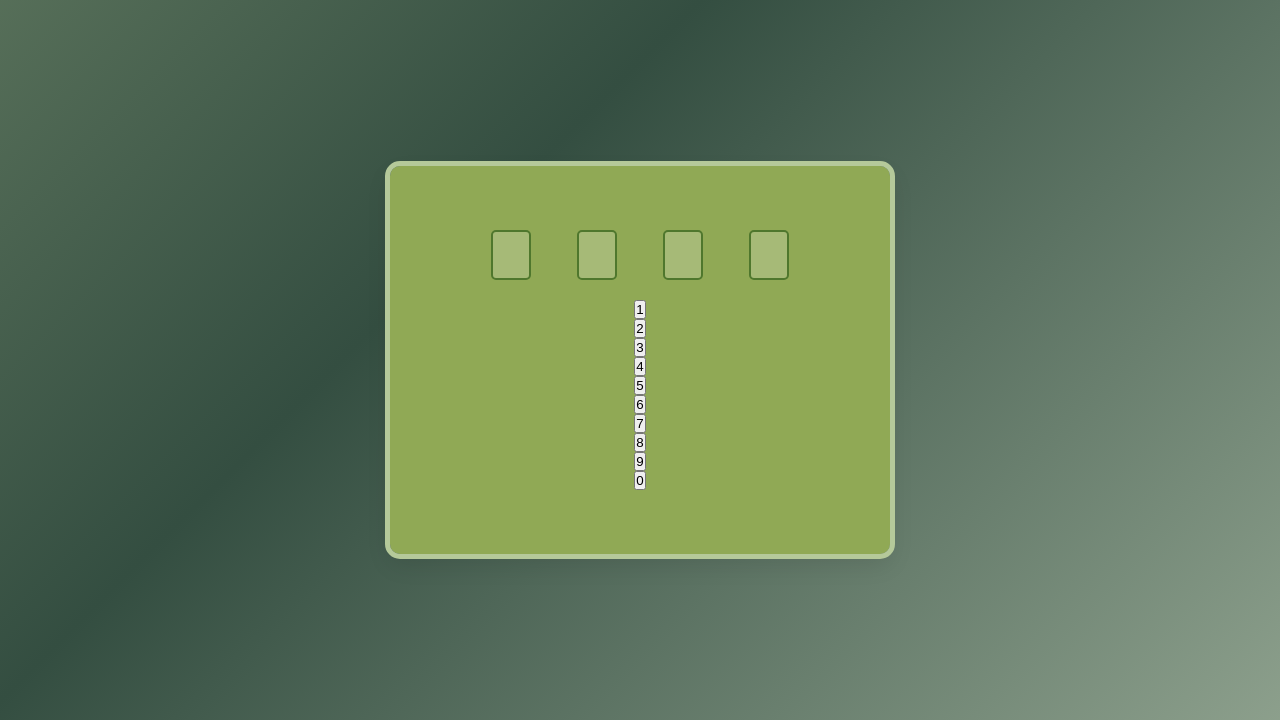
Repository: jahatesu/project-cutie
Page: index.html
An editor plug-in stored every save of this project. The page is shown before and after the next save, followed by the edit.
The browser window is 1280 px wide. The pictures show the whole page.
Some web libraries are served in a nearby version.

Above is the page before, as saved 2025-08-14 20:22:47.
Console error: TypeError: Cannot read properties of null (reading 'getBoundingClientRect')

### index.html
<!DOCTYPE html>
<html lang="en">
<head>
    <meta charset="UTF-8"
    meta http-equiv="X-UA-Compatible" content="IE=edge">
    <meta name="viewport" content="width=device-width, initial-scale=1.0">
    <title>idk yet</title>
    <link rel="stylesheet" href="https://cdnjs.cloudflare.com/ajax/libs/font-awesome/7.0.0/css/all.min.css">
    <link rel="stylesheet" href="style.css">
</head>

<body>
    <div class="wrapper">
        <!-- <i class="fa-solid fa-heart"></i>
        <h2 class="question">Do you wanna see why I think you’re the cutest?</h2>
        <div class="btn-group">
            <button class="btn-yes">Yes</button>
            <button class="btn-no">No</button>
        </div> -->

        <!-- PIN DISPLAY -->
         <div class="pin-display">
            <div class="pin-box"></div>
            <div class="pin-box"></div>
            <div class="pin-box"></div>
            <div class="pin-box"></div>
         </div>

         <!-- HEART BUTTONS -->
          <button data-num = "1">1</button>
          <button data-num = "2">2</button>
          <button data-num = "3">3</button>
          <button data-num = "4">4</button>
          <button data-num = "5">5</button>
          <button data-num = "6">6</button>
          <button data-num = "7">7</button>
          <button data-num = "8">8</button>
          <button data-num = "9">9</button>
          <button data-num = "0">0</button>
    </div>

    <script src="script.js"></script>


</body>
</html>

### style.css
:root{
    --bg1:#e9f5db;
    --bg2:#90a955;
    --accent:#b5c99a;
    --ink:#232323;
    --splash-duration: 2600ms;
  }

*{
    margin: 0;
    padding: 0;
    box-sizing: border-box;
}

html, body {
    display: flex;
    justify-content: center;
    align-items: center;
    min-height: 100vh;
  width: 100%;
  height:100%;
}

body {
    background: linear-gradient(-45deg, #e9f5db, #344e41, #b5c99a, #23d5ab);
    background-size: 400% 400%;
    animation: gradient 15s ease infinite;
}

@keyframes gradient {
    0% {
        background-position: 0% 50%;
    }
    50% {
        background-position: 100% 50%;
    }
    100% {
        background-position: 0% 50%;
    }
}
.wrapper{
    position: relative;
    width: 90%;
    padding: 5%;
    max-width: 500px;
    margin: 50px 50px;
    height: fit-content;
    /* max-height: 50%; */
    background: #90a955;
    border-radius: 10px;
    display: flex;
    justify-content: center;
    align-items: center;
    box-shadow: 0 10px 25px rgba(0,0,0,0.1);
    flex-direction: column;
    text-align: center;
    outline: 5px solid #b5c99a;
}

.pin-display{
  display: flex;
  justify-content: space-between;
  margin-bottom: 20px;
  width: 80%;
}

.pin-box{
  width: clamp(30px, 8vw, 40px);
  height: clamp(30px, 9vw, 50px);
  border: 2px solid #4f772d;
  border-radius: 5px;
  background: rgba(255,255,255,0.2);
}

/* .wrapper i {
  font-size: 50px;
  margin-bottom: 10px;
  color: #e9f5db;
}

i{
    font-size:7.5em;
    color: #e9f5db;
    border: 5px solid transparent;
}

h2{
    font-size: 2em;
    color: #e9f5db;
    margin: 15px 0;
}
@media (max-width: 600px) {
  .h2 {
    font-size: 1.2rem;
  }
}

.btn-group{
    width: 100%;
    height: 40px;
    display: flex;
    justify-content: center;
    margin-top: 15px;
}

button {
    position: absolute;
    width: 150px;
    height: inherit;
    font-size: 1.2em;
    color: #e9f5db;
    font-weight: 600;
    border-radius: 30px;
    border: 2px solid #4f772d;
    cursor: pointer;
    box-shadow: 0 5px 15px rgba(0,0,0,0.3);
}

button:nth-child(1){
    margin-left: -200px;
    background: #4f772d;
    color: #b5c99a;
}

button:nth-child(2){
    margin-right: -200px;
    color: #b5c99a;
}

@media (max-width: 400px) {
  .question {
    font-size: 5vw;
  }
  button {
    font-size: 4vw;
  }
} */

### script.js
const wrapper = document.querySelector(".wrapper");
const question = document.querySelector(".question");
const yesBtn = document.querySelector(".btn-yes");
const noBtn = document.querySelector(".btn-no");

const wrapperRect = wrapper.getBoundingClientRect();
const noBtnRect = noBtn.getBoundingClientRect();


yesBtn.addEventListener('click', () => {
    question.innerHTML = 'I knew it! Love you too <3 ';
})

noBtn.addEventListener('mouseover', () => {
    const i = Math.floor(Math.random() * (wrapperRect.width - noBtnRect.width));
    const j = Math.floor(Math.random() * (wrapperRect.height - noBtnRect.height));
    noBtn.style.left = i + "px";
    noBtn.style.top = j + "px";
})

After the next save:
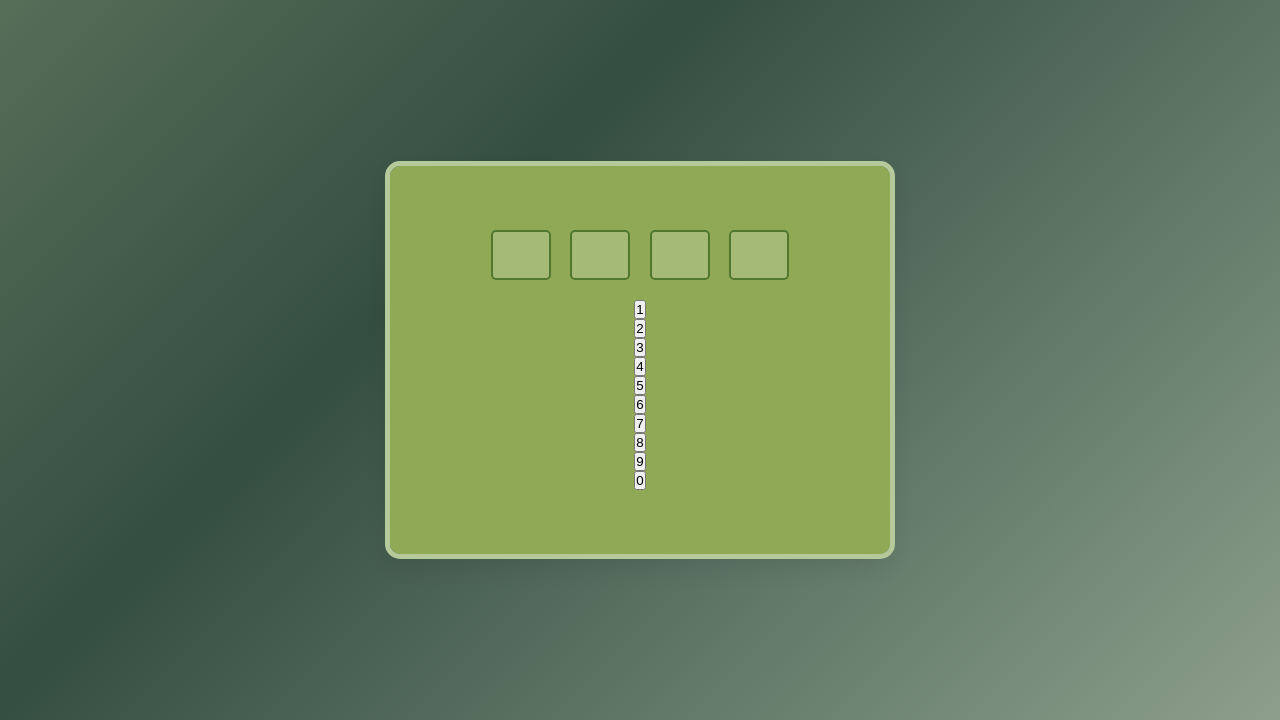
Saved 11 s later.
--- a/style.css
+++ b/style.css
@@ -65,7 +65,7 @@
 }
 
 .pin-box{
-  width: clamp(30px, 8vw, 40px);
+  width: clamp(30px, 8vw, 60px);
   height: clamp(30px, 9vw, 50px);
   border: 2px solid #4f772d;
   border-radius: 5px;

After the save that followed:
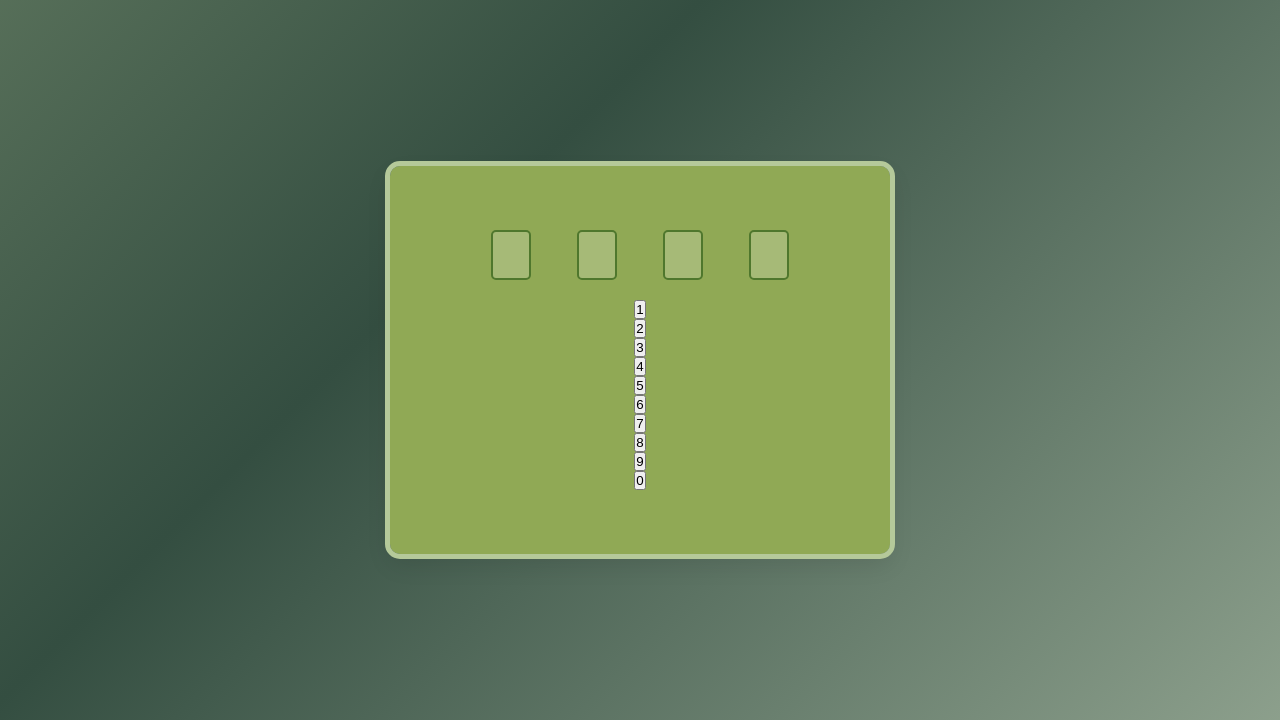
Saved 6 s later.
--- a/style.css
+++ b/style.css
@@ -65,7 +65,7 @@
 }
 
 .pin-box{
-  width: clamp(30px, 8vw, 60px);
+  width: clamp(30px, 8vw, 40px);
   height: clamp(30px, 9vw, 50px);
   border: 2px solid #4f772d;
   border-radius: 5px;
